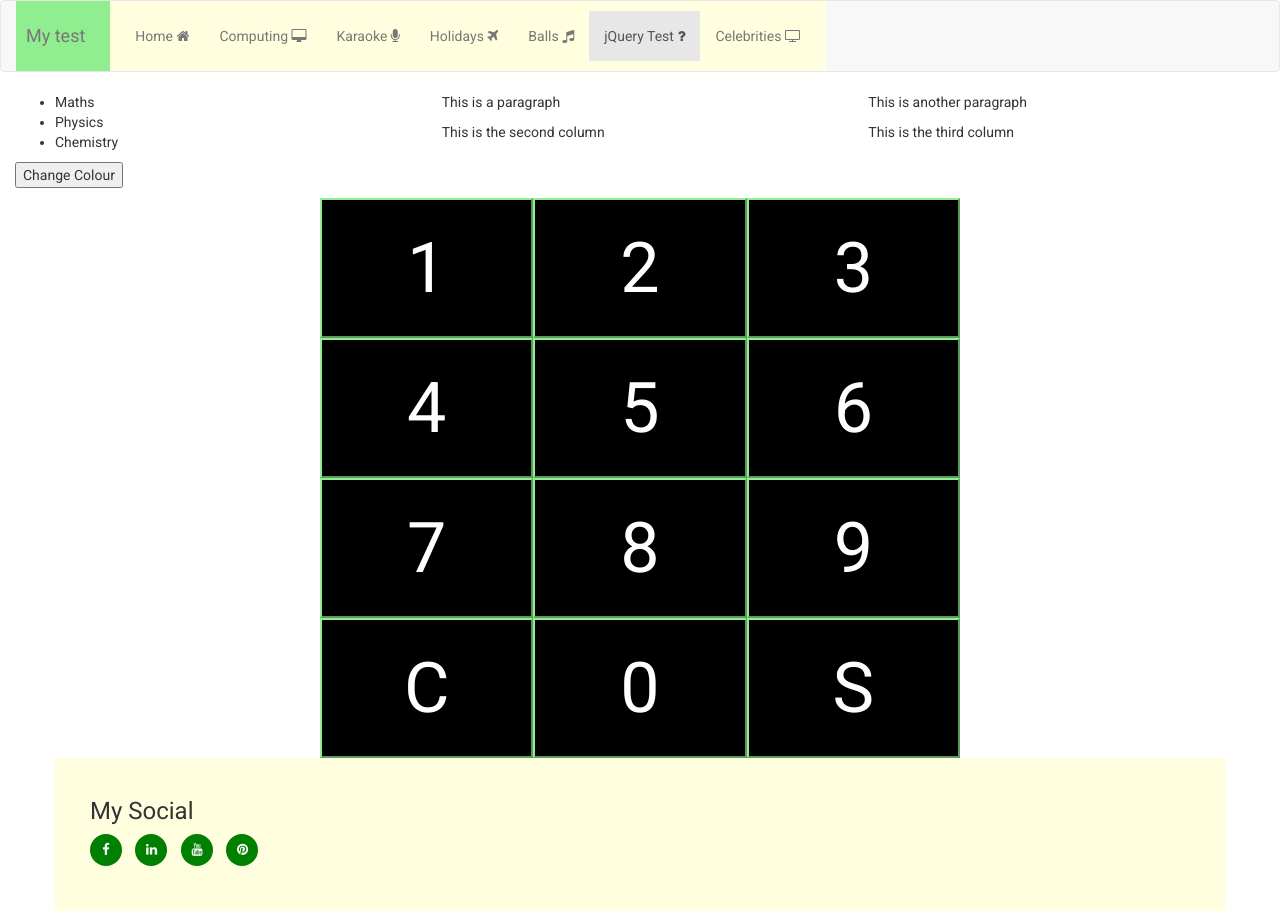
Repository: derektypist/bootstrap
Page: jquerydemo.html
The author's editor kept a record of every edit. The page is drawn from the files as they stood at one moment, then again after the next edit.
The browser window is 1280 px wide. The pictures show the whole page.
Some web libraries are served in a nearby version.

Above is the page before.

After the next edit:
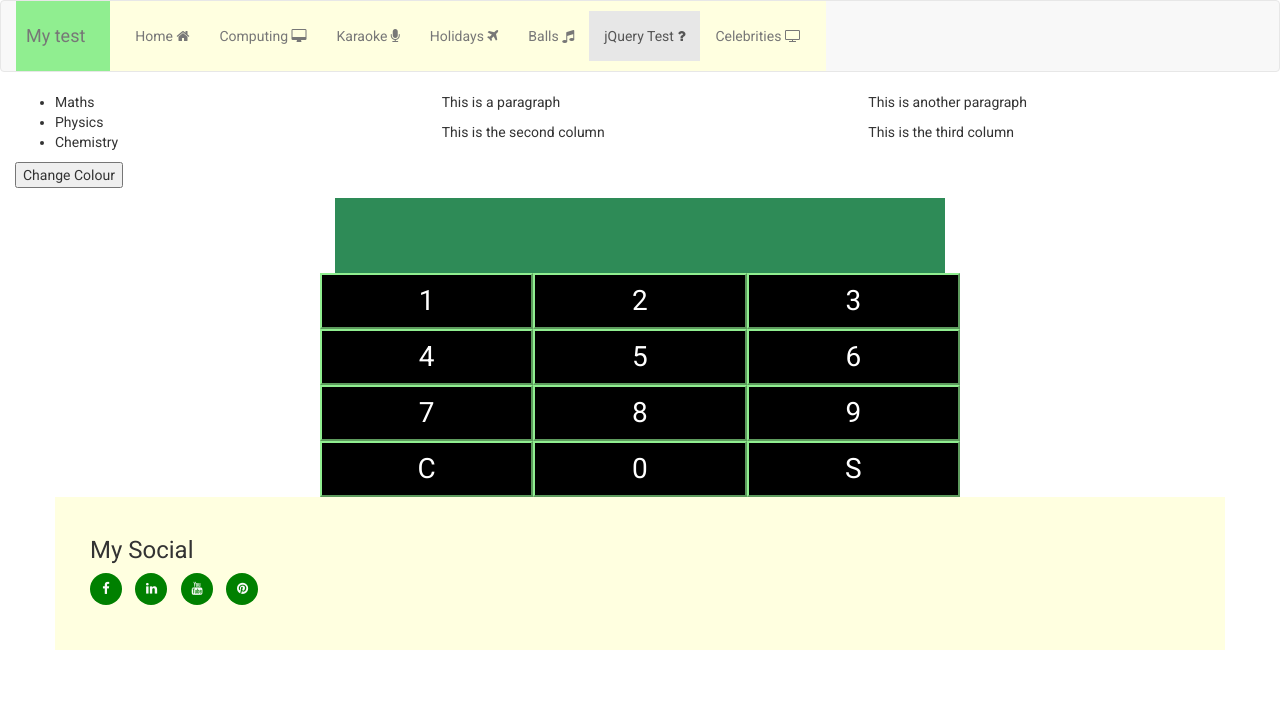
The edit:
--- a/jquerydemo.html
+++ b/jquerydemo.html
@@ -81,7 +81,7 @@
         <section class="container-fluid" id="keypad">
 
                 <!-- Set Up Display -->
-                <article id="display"></div>
+                <article id="display"></article>
 
                 <!-- Set Up First Row for Keypad -->
                 <article class="row">
